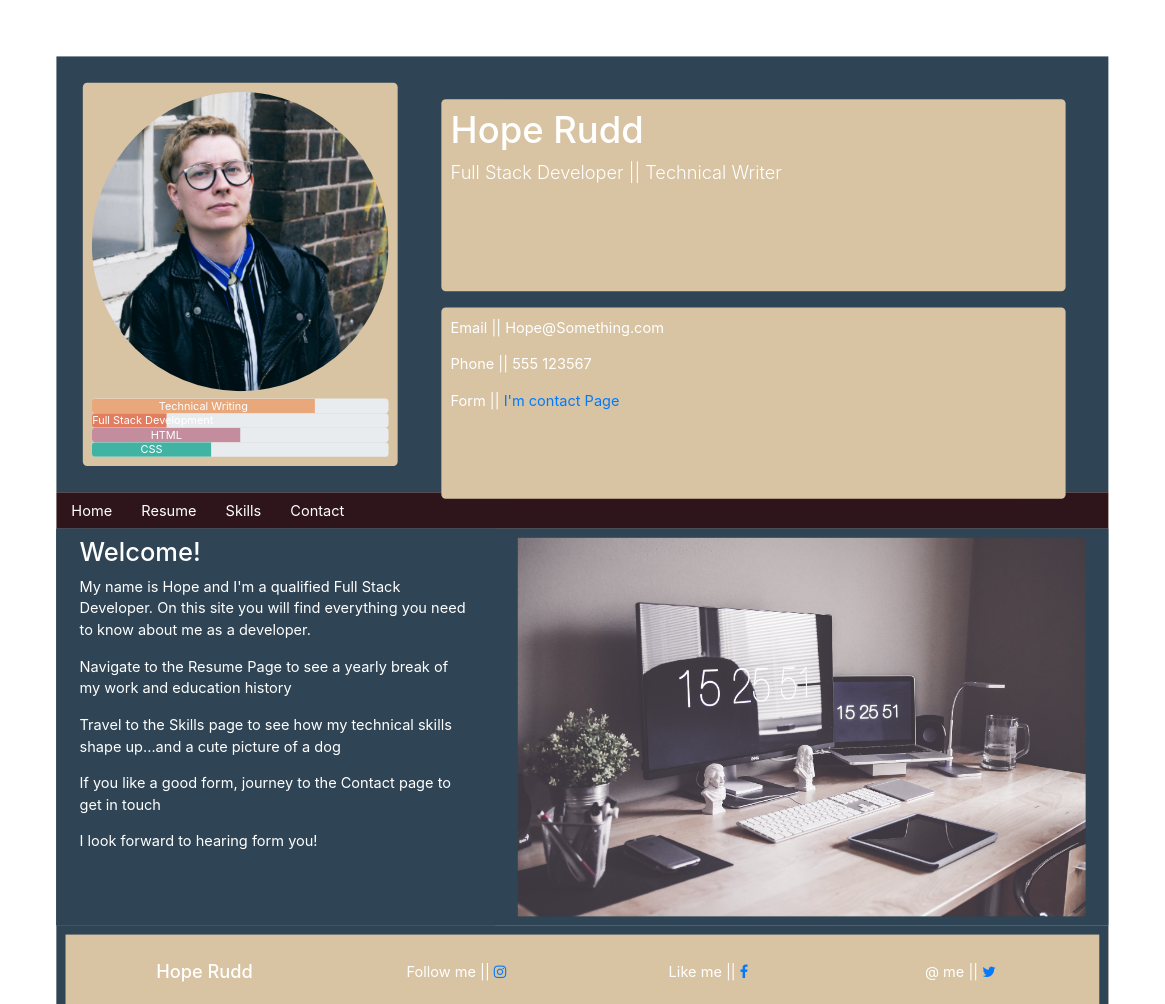
Repository: BleakTerrain/MilestoneProject-
Page: index.html
The author's editor kept a record of every edit. The page is drawn from the files as they stood at one moment, then again after the next edit.
The browser window is 1280 px wide. The pictures show the whole page, at 91% of full size.
Some web libraries are served in a nearby version.

Above is the page before.

After the next edit:
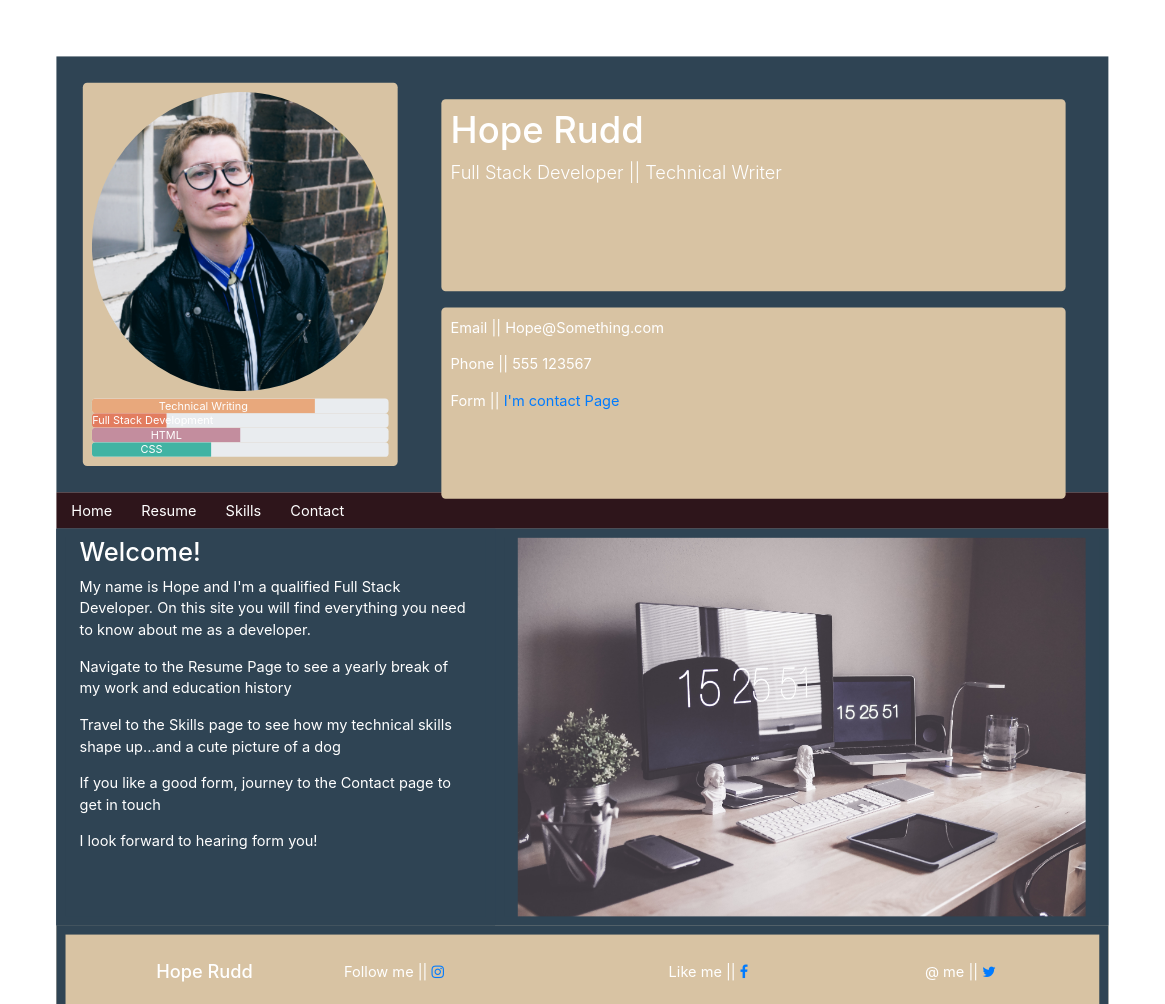
The edit:
--- a/index.html
+++ b/index.html
@@ -120,7 +120,7 @@
 <div class="col-sm-3 footer-item">
   <h5>  Hope Rudd  </h5>
   </div>
-  <div class="col-sm-3 footer-item">
+  <div class="col-sm-3 footer-item-insta">
       <p>Follow me || <a href = "#"> <i class="fa fa-instagram aria-hidden=true"></i></a></p>
   <span class = "sr-only">Instagram link</span>
   </div>
